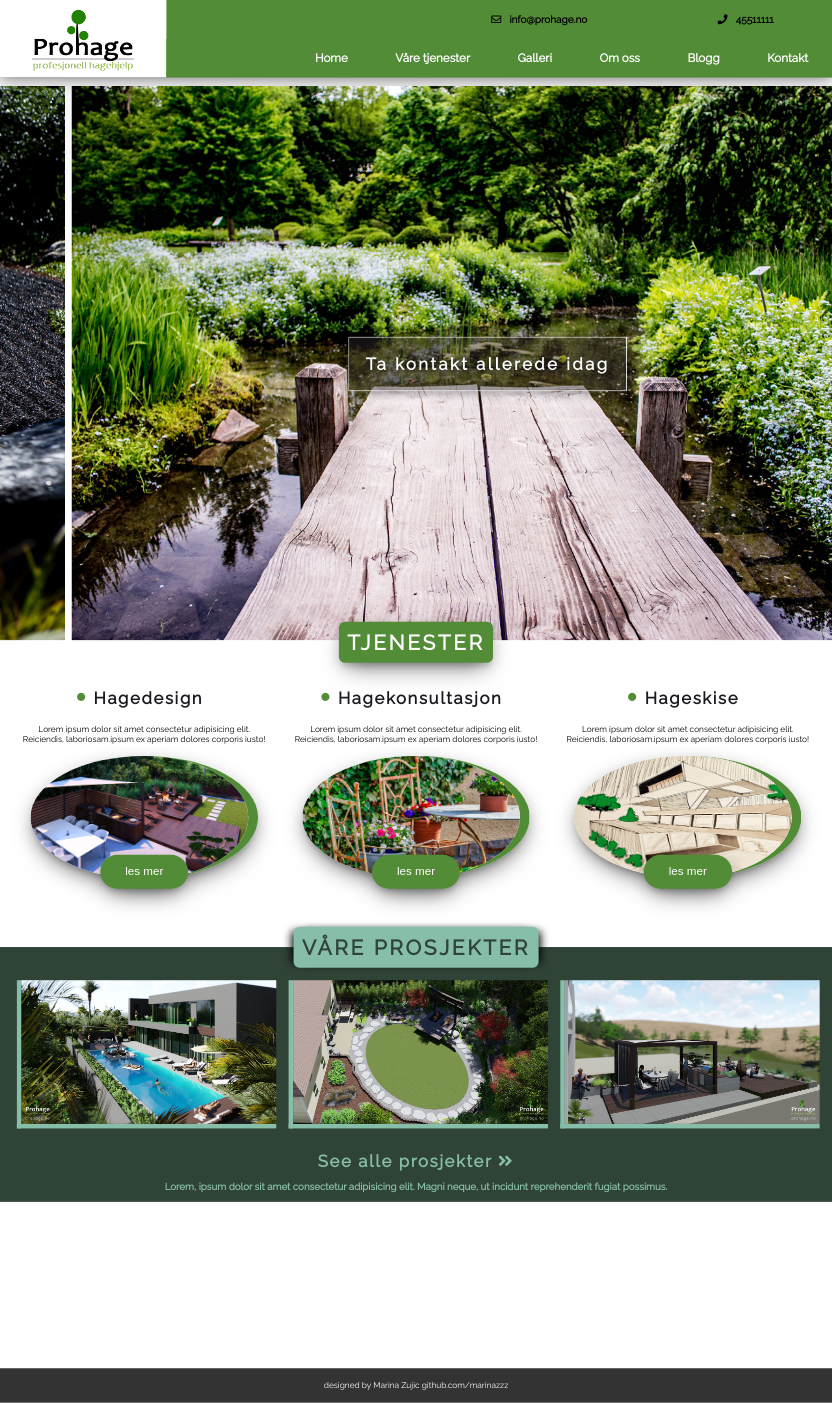
Repository: marinazzz/garden-design-website
Page: Garden design website/index.html
The author's editor kept a copy of each file at every save. The page is drawn from the files as they stood at one save, then again after the next save.
The browser window is 1280 px wide. The pictures show the whole page, at 65% of full size.

Above is the page before, as saved 2020-04-02 13:53:56.

### Garden design website/index.html
<!DOCTYPE html>
<html lang="nb">
<head>
    <title>Hagedesign Oslo</title>
    <link rel="stylesheet" type="text/css" href="CSS/fontawesome-free-5.12.1-web/css/all.min.css">
    <link rel="stylesheet" type="text/css" href="CSS/style.css"/>
    <link rel="stylesheet" type="text/css" href="CSS/min-width-768px.css">
    <link rel="stylesheet" type="text/css" href="CSS/min-width-992px.css">
    <link rel="stylesheet" href="https://cdnjs.cloudflare.com/ajax/libs/animate.css/3.7.2/animate.min.css">
    <link rel="stylesheet" type="text/css" href="PLUGINS/glide-master/dist/css/glide.core.min.css" />
    <link rel="stylesheet" type="text/css" href="PLUGINS/glide-master/dist/css/glide.theme.min.css" />
    <link href="https://fonts.googleapis.com/css?family=Raleway&display=swap" rel="stylesheet">
    <meta name="viewport" content="width=device-width, initial-scale=1" charset="UTF-8">
</head>
<body>
    <header class="header--white-green">
        <div class="wrapper">
        <div class="container__menu--small container__menu"> <!--grid container-->
            <div class="container__logo"> <!--1.column-->
                <img class="logo"src="images/prohage black.png" alt="Prohage logo">
            </div>
            <div class="container__items--small container__items"> <!--2.column-->
                <div class="container__item"> <!--1.row-->
                     <a href="mailto:info@prohage.no"
                         class ="container__item-txt"><i class="far fa-envelope"></i>info@prohage.no</a>
                     <a href="tlf:45511111"
                         class="container__item-txt"><i class="fas fa-phone"></i>45511111</a>
                </div>
               <div class="container__item-bottom"> <!--2.row-->
                   <button class="menu__toggle">
                       <i class="fas fa-bars"></i>
                   </button>
                   <nav id="menu">
                        <ul class="menu__list">
                            <li class="menu__item">
                                <a class="menu__link" href="home">Home</a>
                            </li>
                            <li class="menu__item">
                                <a class="menu__link" href="#services">Våre tjenester</a>
                            </li>
                            <li class="menu__item">
                                <a class="menu__link" href="#gallery">Galleri</a>
                            </li>
                            <li class="menu__item">
                                <a class="menu__link" href="#about">Om oss</a>
                            </li>
                            <li class="menu__item">
                                <a class="menu__link" href="#blog">Blogg</a>
                            </li>
                            <li class="menu__item">
                                <a class="menu__link" href="kontakt">Kontakt</a>
                            </li>
                       </ul>
                   </nav>
               </div>
            </div>
            </div>
        </div>
        <section id="main-photo">
            <div class="glide">
                <div class="glide__track"
                     data-glide-el="track">
                    <ul class="glide__slides">
                        <li class="glide__slide">
                            <img class="main-photo__item"
                                 srcset="images/daylight-environment-garden-2000.jpg 2000w,
                                         images/daylight-environment-garden-1000.jpg 1000w"
                                 sizes="(min-width: 1440px) 2000px, 100vw"
                                 src="images/daylight-environment-garden-2000.jpg" alt="Garden and plants" />
                                 <h1 class="main-photo__title">Profesjonell hagehjelp</h1>
                        </li>
                        <li class="glide__slide">
                            <img class="main-photo__item"
                                 srcset="images/main-header-photo-2000.jpg 2000w,
                                          images/main-header-photo-1000.jpg 1000w"
                                 sizes="(min-width: 1440px) 2000px, 100vw"
                                 src="images/main-header-photo-2000.jpg" alt="Garden and plants" />
                                 <h1 class="main-photo__title">Ta kontakt allerede idag</h1>
                                </li>
                        <li class="glide__slide">
                            <img class="main-photo__item"
                                 srcset="images/header-photo-2000.jpg 2000w,
                                         images/header-photo-1000.jpg 1000w"
                                 sizes="(min-width: 1440px) 2000px, 100vw"
                                 src="images/header-photo-2000.jpg" alt="Garden designed by proffesional" />
                                 <h1 class="main-photo__title">Rådgiving og tipser</h1>
                        </li>
                        <li class="glide__slide">
                            <img class="main-photo__item"
                                 srcset="images/bloom-blooming-blur-2000.jpg 2000w,
                                         images/bloom-blooming-blur-1000.jpg 1000w"
                                 sizes="(min-width: 1440px) 2000px, 100vw"
                                 src="images/bloom-blooming-blur-2000.jpg" alt="Garden designed by proffesional" />
                                 <h1 class="main-photo__title">Følg vår hageblogg</h1>
                        </li>
                    </ul>
                </div>
                <!--<div class="glide__arrows"
                         data-glide-el="controls">
                        <button class="glide__arrow glide__arrow--left"
                                data-glide-dir="<">
                            <i class="fas fa-chevron-circle-left"></i>
                        </button>
                        <button class="glide__arrow glide__arrow--right"
                                data-glide-dir=">">
                            <i class="fas fa-chevron-circle-right"></i>
                        </button>
                    </div>-->
            </div>

            <!--<img class="main-photo__item1"
                 srcset="images/architecture-clouds-daylight-2000.jpg 2000w,
                         images/architecture-clouds-daylight-1000.jpg 1000w"
                 sizes="(min-width: 1440px) 2000px, 100vw"
                 src="images/architecture-clouds-daylight-2000.jpg" alt="Garden">
            <img class="main-photo__item2"
                 srcset="images/header-photo-2000.jpg 2000w,
                         images/header-photo-1000.jpg 1000w"
                 sizes="(min-width: 1440px) 2000px, 100vw"
                 src="images/header-photo-2000.jpg" alt="Garden designed by proffesional" >
            <img class="main-photo__item3"
                 srcset="images/main-header-photo-2000.jpg 2000w,
                         images/main-header-photo-1000.jpg 1000w"
                 sizes="(min-width: 1440px) 2000px, 100vw"
                 src="images/main-header-photo-2000.jpg" alt="Garden and plants" >
            <h1 class="main-photo__title">Profesjonell hagehjelp</h1>-->
        </section>
     </header>
     <main>
         <section id="services" class="section--white-green section__container">
            <h1 class="services__title">Tjenester</h1>
            <div class="services__wrapp">
            <section class="services__item">
                <div class="item-title__wrapp">
                    <i class="fas fa-circle"></i>
                    <h2 class="services__item-title">Hagedesign</h2>
                </div>
                <p class="services__txt">Lorem ipsum dolor sit amet consectetur adipisicing elit. Reiciendis, laboriosam.ipsum ex aperiam dolores corporis iusto!</p>
                <div class="button__position">
                     <img class="services__photo" src="images/Hagedesign.jpg" alt="Hagedesigner tegner" />
                     <button class="services__toggle">les mer</button>
                </div>
            </section>
            <section class="services__item">
                <div class="item-title__wrapp">
                    <i class="fas fa-circle"></i>
                    <h2 class="services__item-title">Hagekonsultasjon</h2>
                </div>
                <p class="services__txt">Lorem ipsum dolor sit amet consectetur adipisicing elit. Reiciendis, laboriosam.ipsum ex aperiam dolores corporis iusto!</p>
                <div class="button__position">
                    <img class="services__photo" src="images/konsultasjon.jpg" alt="Hagekonsultasjon med hagedesigner"/> <!--smaller picture than other 2-->
                    <button class="services__toggle">les mer</button>
                </div>
            </section>
            <section class="services__item">
                <div class="item-title__wrapp">
                    <i class="fas fa-circle"></i>
                    <h2 class="services__item-title">Hageskise</h2>
                </div>
                <p class="services__txt">Lorem ipsum dolor sit amet consectetur adipisicing elit. Reiciendis, laboriosam.ipsum ex aperiam dolores corporis iusto!</p>
                <div class="button__position">
                    <img class="services__photo" src="images/skisse.jpg" alt="Hagedesigner hjelp"/>
                    <button class="services__toggle">les mer</button>
                </div>
            </section>
            </div>
         </section>
         <section id="gallery" class="section--dark-green section__container">
            <h1 class="gallery__title services__title">Våre prosjekter</h1>
            <div class="gallery__wrapp services__wrapp">
                <div class="gallery__items">
                    <div class="gallery__item-wrapp">
                        <img class="gallery__item"
                             srcset="images/gallery-photo1-2000.jpg 2000w,
                                     images/gallery-photo1-1000.jpg 1000w"
                             sizes="(min-width: 1440px) 2000px, 100vw"
                             src="images/gallery-photo1-2000.jpg" alt="Hagedesign terrase" />
                    </div>
                    <div class="gallery__item-wrapp gallery__item-wrapp--padding">
                        <img class="gallery__item"
                             srcset="images/gallery-photo2-2000.jpg 2000w,
                                     images/gallery-photo2-1000.jpg 1000w"
                             sizes="(min-width: 1440px) 2000px, 100vw"
                             src="images/gallery-photo2-2000.jpg" alt="Hagedesign terrase" />
                    </div>
                    <div class="gallery__item-wrapp">
                        <img class="gallery__item"
                             srcset="images/gallery-photo3-2000.jpg 2000w,
                                     images/gallery-photo3-1000.jpg 1000w"
                             sizes="(min-width: 1440px) 2000px, 100vw"
                             src="images/gallery-photo3-2000.jpg" alt="Hagedesign terrase" />
                    </div>
                </div>
                <div class="gallery__txt-wrapp">
                    <h2 class="gallery__item-title services__item-title">See alle prosjekter
                        <i class="fas fa-angle-double-right"></i>
                    </h2>
                    <h3 class="gallery__txt">Lorem, ipsum dolor sit amet consectetur adipisicing elit. Magni neque, ut incidunt reprehenderit fugiat possimus.</p>
                </div>
            </div>
        </section>
         <article id="blog-posts">

         </article>
         <section id="about oss">

        </section>
     </main>
     <footer>
	     <p>designed by Marina Zujic
		     <a href="https://github.com/marinazzz">github.com/marinazzz</a>
	     </p>
     </footer>
     <script src="PLUGINS/glide-master/dist/glide.min.js"></script>
     <script>
        new Glide('.glide', {
            type: 'carousel',
            autoplay: true,
            hoverpause: false,
            perView: 1,
            animationDuration: 10000
        }).mount()
      </script>
     <script src="JS/js-app.js"></script>
</body>
</html>

### Garden design website/CSS/style.css
html {
  font-size: 62.5%;
}

body {
  margin: 0;
  padding: 0;
  text-align: center;
  box-sizing: border-box;
  font-family: 'Raleway', sans-serif;
}

       /*__ HEADER__ */

/*color styles*/
.header--white-green {
  --header-bg-color: #528C36;
  --header-link-color: black;
  --header-menu-link: #fff;
  --header-toggle-color: #528C36;
}

/*main style*/
.container__menu--small {
  display: flex;
  justify-content: space-around;
  box-shadow: 0 0 2rem 0 rgba(0, 0, 0, 0.24), 0 0 30rem 0 rgba(0, 0, 0, 0.2);
}

.logo {
  max-height: 8rem;
  background: white;
}

.container__items--small {
  display: grid;
  grid-template-rows: 1fr 1fr;
  align-content: flex-end;
  width: 250px;
}

.container__item {
  align-self: center;
}

.container__item,
.container__item-bottom {
  text-align: end;
}

.container__item-txt {
  color: var(--header-link-color);
  text-decoration: none;
  font-size: 1.2rem;
}

.container__item > a:first-of-type {
  padding-right: 1.6rem;
}

.container__item-bottom > nav {
  text-align: center;
}

.menu__toggle {
  color: var(--header-bg-color);
  box-sizing: border-box;
  border: none;
  background-color: transparent;
  outline: none;
  font-size: 3rem;
  line-height: 0;
  padding: 0.5rem;
  color: var(--header-toggle-color);
  position: relative;
  z-index: 100;
}

.fa-phone,
.fa-envelope {
  margin-right: 1rem;
}


/* MENU */

#menu {
  display: none;
  position: absolute;
  top: auto;
  left: 0;
  width: 100%;
  padding-top: 1rem;
  background-color: var(--header-bg-color);
  z-index: 20;
}

.menu__list {
  padding: 0;
  margin: 0;
  display: flex;
  flex-direction: column;
}

.menu__item {
  display: block;
  margin-bottom: 1rem;
}

.menu__link {
  color: var(--header-menu-link);
  text-decoration: none;
  font-size: 1.4rem;
}

#menu.menu-opened {
  display: block;
}


/*FOR SMALL DEVICES*/

@media screen and (max-width: 420px) {

  .logo {
    max-height: 7rem;
  }

  .container__items--small {
    width: auto;
    align-self: center;
  }

  .container__item > a:first-of-type {
    padding-right: 1.3rem;
  }

  .container__item {
    text-align: center;
  }

  .fa-phone, .fa-envelope {
    margin-right: 0.3rem;
  }
}

/* MAIN PICTURE */

#main-photo {
  width: 100%;
  padding-top: 1rem;
}

.main-photo__title {
  position: absolute;
  color: white;
  background-color:#524a4a3b;
  border: 0.1rem solid white;
  filter: drop-shadow(2px 4px 6px black);
  padding: 2rem;
  margin: 0 auto;
  font-size: 1.5rem;
  letter-spacing: 0.2rem;
  top: 50%;
  left: 50%;
  transform: translate(-50%, -50%);
}



/* GLIDE SLIDER CSS OVERRIDES */

.glide__slides {
  margin: 0;
}

.glide__slide {
  position: relative;
}

/*#main-photo .glide__arrow  {
  font-size: 4rem;
  padding: 0;
  border-color: transparent;
  box-shadow: none;
  border-radius: 50%;
  line-height: 0;
  transition: all 200ms ease-in-out;
}

#main-photo .glide__arrow:hover {
  border-color: #252525;
  color: #252525;
}*/



/*#main-photo {
  position: relative;
}

.main-photo__item {
   width: 100%;
}

.main-photo__title {
  position: absolute;
  bottom: 1rem;
  left: 20rem;
  font-size: 2rem;
}*/



/*1. COLOR OPTION*/
/* CSS variables*/
/* :root {
  --header-bg-color: #4daa57;
  --header-top-bg-color: #252525;
  --header-toggle-color: #fff;
}*/

/*.top-header__item {
  color: var(--header-link-color);
  text-decoration: none;
  font-size: 1.4rem;
}*/


/*------MAIN----------*/

/* SECTIONS */

/*Common styles for sections*/

/*color styles*/
.section--white-green {
  --section-bg: #FAFAFA;
  --section-title-bg: #528C36;
  --section-border-color: #528C36;
  --section-h2-color: #1C1A21;
  --buttons-services-color: #528C36;
}

/*layout*/
.services__wrapp {
  display: flex;
  flex-direction: column;
  align-items: center;
  padding: 0 1rem;
}

/*#services, #gallery, #reviews, #about {
  padding: 0.5rem;
  background: var(--section-bg);
}*/

/*.services-title, .gallery-title, .about-title {
  font-size: 2.5rem;
  margin: 0 9rem;
  padding-top: 1.6rem;
  letter-spacing: 0.32rem;
  border-bottom: var(--section-border-color) solid 0.25rem;
}*/


/* SECTION SERVICES */

.services__title {
  font-size: 2.5rem;
  position: absolute;
  left: 50%;
  transform: translate(-50%, -50%);
  border-radius: 0.7rem;
  color: #fafafa;
  background: var(--section-title-bg);
  letter-spacing: 0.32rem;
  padding: 1rem;
  margin: 0 auto;
  text-transform: uppercase;
}

.services__title,
.services__photo,
.services__toggle {
  box-shadow: 0 16px 38px -12px rgba(0, 0, 0, 0.56), 0 4px 25px 0px rgba(0, 0, 0, 0.12), 0 8px 10px -5px rgba(0, 0, 0, 0.2);
}

.services__item {
  padding-top: 5rem;
}

.item-title__wrapp {
  display: flex;
  justify-content: center;
  align-items: center;
}

.fas,
.fa-circle {
  color: var(--buttons-services-color);
}

.services__item-title {
  color: var(--section-h2-color);
  letter-spacing: 0.2rem;
  margin: 0.5rem 0 0.5rem 0;
  font-size: 2rem;
  padding: 0 1rem;
}

.services__txt {
  margin: 0;
  padding: 1.5rem;
}

.button__position {
  position: relative;
}

.button__position > button {
  position: absolute;
  bottom: -15%;
  left: 50%;
  transform: translate(-50%, -50%);
}

.services__photo {
  overflow: hidden;
  border-radius: 50%;
  border-right: solid 1.2rem var(--section-border-color);
  width: 80%;
}

.services__toggle {
  background: var(--buttons-services-color);
  border-radius: 3rem;
  box-sizing: border-box;
  border: none;
  font-size: 1.4rem;
  padding: 1.2rem 3rem;
  color: #fff;
}


/* SECTION GALLERY */

.section--dark-green {
  --section-bg: #304337;
  --section-title-color: #304337;
  --section-title-bg: #86BEA9;
  --section-border-color: #86BEA9;
  --section-h2-color: #86BEA9;
}

#gallery {
  margin-top: 8rem;
  position: relative;
}

.gallery__title {
  width: 65%;
  color: var(--section-title-color);
  background: var(--section-title-bg);
  box-shadow: -10px 0px 13px -7px #000000, 10px 0px 13px -7px #000000, 2px 5px 15px 5px rgba(0,0,0,0);
}

.gallery__wrapp {
  background: var(--section-bg);
}

.gallery__item {
  border-left: solid 0.6rem var(--section-title-bg);
  border-bottom: solid 0.6rem var(--section-title-bg);
  width: 100%;
  /*box-shadow: inset 6px -6px 6px 1px #86bea9;*/
}

.gallery__item-wrapp {
  padding: 0 2rem 2rem 1.4rem;
}

.gallery__txt-wrapp {
  display: flex;
  flex-direction: column;
  align-items: center;
}

.gallery__item-title,
.gallery__txt {
  color: var(--section-title-bg);
  padding: 0 3rem;
}

.gallery__items {
  padding-top: 4rem;
  display: flex;
  flex-direction: column;
  align-items: center;
}

/*FOOTER*/

footer {
  background: #333333;
  padding: 0.5rem;
  margin-top: 20rem; /*temporary*/
  color: white;
}

footer a {
  color: white;
  text-decoration: none;
}

### Garden design website/CSS/min-width-768px.css
@media screen and (min-width: 768px) {

  html {
    font-size: 70%;
  }

   /* HEADER */


   .container__menu,
   .container__items {
    display: grid;
   }

   .container__menu {
    grid-template-columns: 2fr 80%;
    box-shadow: 0 0 2rem 0 rgba(0, 0, 0, 0.62), 0 0 30rem 0 rgba(0, 0, 0, 0.19);
  }

  .container__items {
    grid-template-rows: 1fr 1fr;
    background: var(--header-bg-color);
    width: auto;
  }

  .container__item,
  .container__item-bottom {
    display: flex;
  }

  .container__item {
    align-self: center;
    justify-content: space-around;
    /*padding-left: 23rem;*/
  }

  .container__item > a:first-of-type {
    padding-left: 10rem;
  }

  .container__item-bottom {
    align-items: center;
  }

  .menu__toggle {
    display: none;
  }

  /* NAVIGATION */

  #menu,
  .menu-opened .menu__item .menu__link {
    display: block;
  }

  #menu {
    position: static;
    padding: 0;
    top: 0;
  }

  #menu,
  .menu_list {
    height: 100%;
  }

  .menu__list {
    height: 100%;
    flex-direction: row;
    justify-content: center;
    align-items: center;
    padding-left: 5rem;
  }

  .menu__item {
    height: 100%;
    display: block;
    flex-grow: 1;
    margin: 0;
    line-height: 4.5rem;
  }

  .menu__item:hover {
    background-color:#272727;
  }

  .menu__link:active {
    color:black;
  }

  .menu__link,
  .container__item-txt {
    font-weight: bold;
  }

  /* color styles */

  :root {
    /*header*/
    --header-bg-color:#528C36;
    --link-color: #FCFDF9;
  }

  /* MAIN PHOTO */

  .main-photo__title {
    font-size: 2rem;
    letter-spacing: 0.3rem;
}


/* SECTIONS */

/*Common styles for sections*/
/*layout*/
.services__wrapp,
.gallery__items {
  flex-direction: row;
}

/*SECTION SERVICES*/

/*.services__item {
  padding-top: 3rem;
}*/

.button__position > button {
  bottom: -20%;
}

/*SECTION GALLERY*/

.gallery__title {
  width: auto;
}

.gallery__wrapp {
  padding: 0;
  flex-wrap: wrap;
  justify-content: space-around;
}

.gallery__txt-wrapp {
  display: block;
  margin: auto;
}

.gallery__item-wrapp {
  padding: 0 2rem 2rem 2rem;;
}

.gallery__item-wrapp--padding {
  padding: 0 0 2rem 0;
}

}

### Garden design website/CSS/min-width-992px.css
@media screen and (min-width: 992px) {
    html {
        font-size: 80%;
    }

   /* HEADER */

    .logo {
        max-height: 9rem;
    }

    .container__items {
        width: auto;
    }

    .container__item {
        padding-left: 22rem;;
    }

    .container__item-bottom,
    .container__items {
        padding: 0;
    }

    #menu {
        padding-left: 10rem;
    }
}

@media screen and (min-width: 1440px) {

    /* HEADER */
    .container__menu {
        max-width: 1500px;
        margin: 0 auto;
    }

    .container__item {
        padding-left: 47rem;;
    }

    #menu {
        padding-left: 30rem;
    }


    /* MAIN PHOTO */

    .main-photo__title {
        font-size: 3rem;
        letter-spacing: 0.5rem;
    }
}

@media screen and (min-width: 2560px) {
    html {
        font-size: 90%;
    }

    .logo {
        max-height: 12rem;
    }

    .container__item {
        justify-self: center;
    }

    .container__item > a:first-of-type {
        padding: 0 13rem;
    }

    .container__item-bottom {
        padding: 0 40rem;
    }

    /*content on middle*/

    .container__menu {
        max-width: 2000px;
    }

    .container__item-bottom,
    .container__items {
        padding: 0;
    }

    #menu,
    .container__item {
        padding-left: 50rem;
    }

    /* SECTIONS */

    .section__container {
        max-width: 2000px;
        margin: 0 auto;
    }

    .button__position > button {
        bottom: -15%;
      }

      /*SECTION GALLERY*/

      .gallery__wrapp {
          justify-content: space-around;
      }

      .services__wrapp {
          padding: 0;
      }

}

### Garden design website/JS/js-app.js
let mainNav = document.getElementById("menu");

let navBarToggle = document.querySelector(".menu__toggle");

navBarToggle.addEventListener("click", function () {

    mainNav.classList.toggle("menu-opened");
});

Loaded but not shown: Garden design website/CSS/fontawesome-free-5.12.1-web/css/all.min.css (library); Garden design website/PLUGINS/glide-master/dist/css/glide.core.min.css (common file); Garden design website/PLUGINS/glide-master/dist/css/glide.theme.min.css (common file); Garden design website/PLUGINS/glide-master/dist/glide.min.js (library)

After the next save:
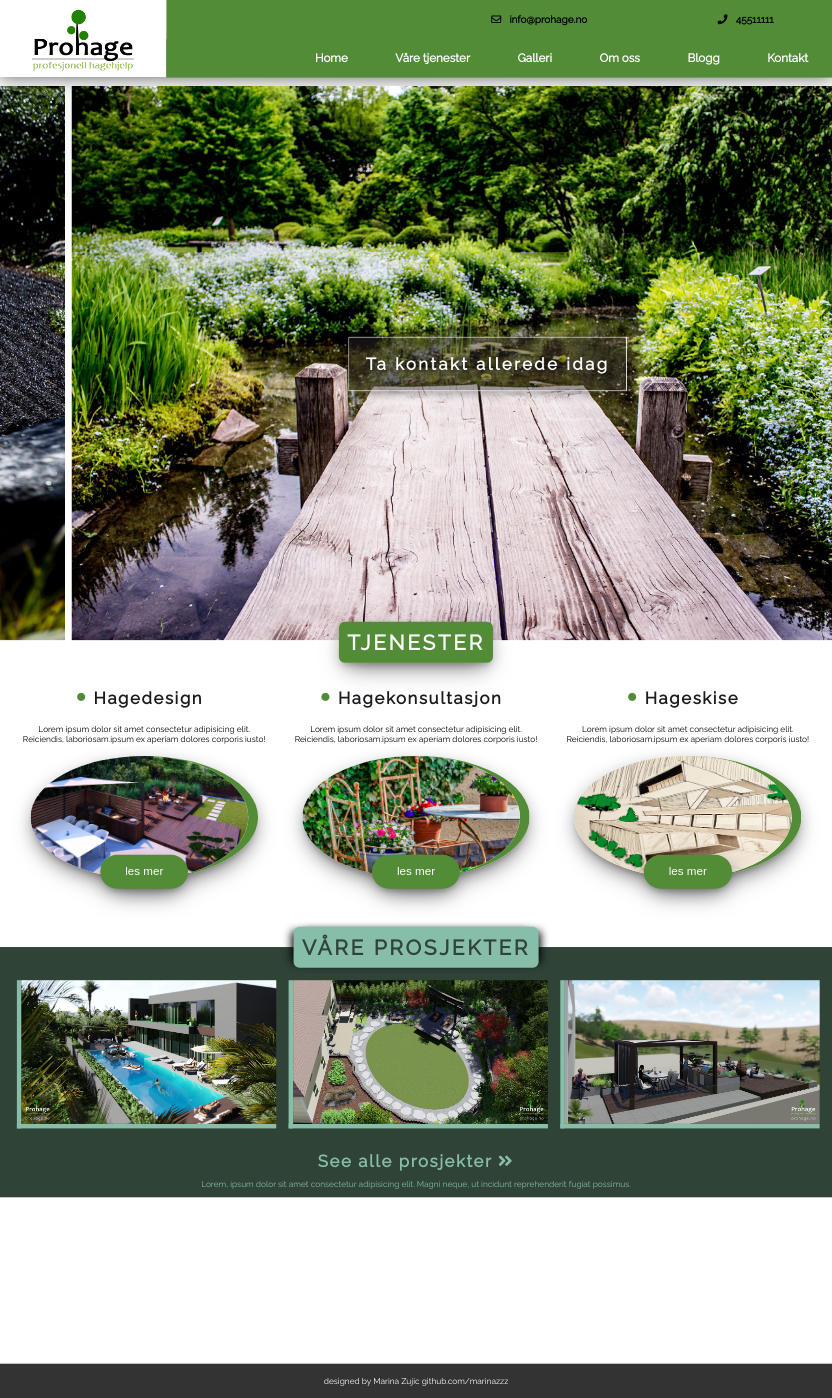
Saved 9 min 53 s later.
--- a/Garden design website/index.html
+++ b/Garden design website/index.html
@@ -195,7 +195,7 @@
                     <h2 class="gallery__item-title services__item-title">See alle prosjekter
                         <i class="fas fa-angle-double-right"></i>
                     </h2>
-                    <h3 class="gallery__txt">Lorem, ipsum dolor sit amet consectetur adipisicing elit. Magni neque, ut incidunt reprehenderit fugiat possimus.</p>
+                    <p class="gallery__txt">Lorem, ipsum dolor sit amet consectetur adipisicing elit. Magni neque, ut incidunt reprehenderit fugiat possimus.</p>
                 </div>
             </div>
         </section>
